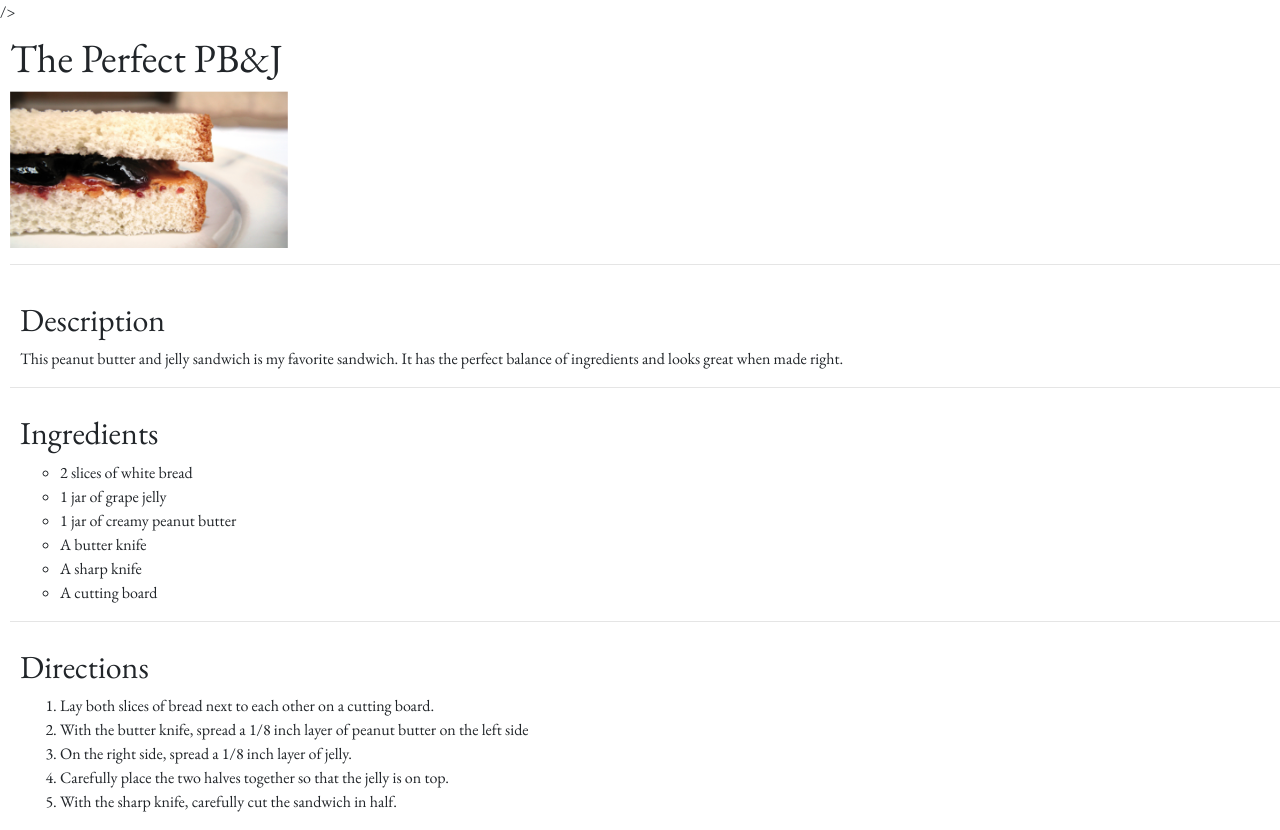
Repository: 9-5-pursuit/lab-intro-to-html
Page: recipe.html
The author's editor kept a copy of each file at every save. The page is drawn from the files as they stood at one save, then again after the next save.
The browser window is 1280 px wide. The pictures show the whole page.

Above is the page before, as saved 2023-02-28 09:20:21.

### recipe.html
<!DOCTYPE html>
<html lang="en">
  <head>
    <meta charset="UTF-8" />
    <meta http-equiv="X-UA-Compatible" content="IE=edge" />
    <meta name="viewport" content="width=device-width, initial-scale=1.0" />
    <link
      rel="stylesheet"
      href="https://maxcdn.bootstrapcdn.com/bootstrap/4.0.0/css/bootstrap.min.css"
    />
    <title>The Perfect Sandwich</title>
    <link rel="preconnect" href="https://fonts.googleapis.com" />
    <link rel="preconnect" href="https://fonts.gstatic.com" crossorigin />
    <link
      href="https://fonts.googleapis.com/css2?family=EB+Garamond:ital,wght@0,400;1,700&display=swap"
      rel="stylesheet"
    />
    />
    <style>
      div {
        padding-top: 10px;
        padding-left: 10px;
      }
      body {
        font-family: "EB Garamond", serif;
      }
    </style>
  </head>
  <body>
    <div id="header-inner" class="header-inner">
      <h1>The Perfect PB&J</h1>
      <img
        src="images/pbjSandwich.png"
        class="img-fluid"
        alt="a close-up image of a peanut butter and jelly sandwich"
      />
      <hr />
    </div>
    <div id="content" class="content">
      <div>
        <h2>Description</h2>
        <p>
          This peanut butter and jelly sandwich is my favorite sandwich. It has
          the perfect balance of ingredients and looks great when made right.
        </p>
      </div>
      <hr />
      <div>
        <h2>Ingredients</h2>
        <ul type="circle">
          <li>2 slices of white bread</li>
          <li>1 jar of grape jelly</li>
          <li>1 jar of creamy peanut butter</li>
          <li>A butter knife</li>
          <li>A sharp knife</li>
          <li>A cutting board</li>
        </ul>
      </div>
      <hr />
      <div>
        <h2>Directions</h2>
        <ol>
          <li>
            Lay both slices of bread next to each other on a cutting board.
          </li>
          <li>
            With the butter knife, spread a 1/8 inch layer of peanut butter on
            the left side
          </li>
          <li>On the right side, spread a 1/8 inch layer of jelly.</li>
          <li>
            Carefully place the two halves together so that the jelly is on top.
          </li>
          <li>With the sharp knife, carefully cut the sandwich in half.</li>
        </ol>
      </div>
    </div>
  </body>
</html>

After the next save:
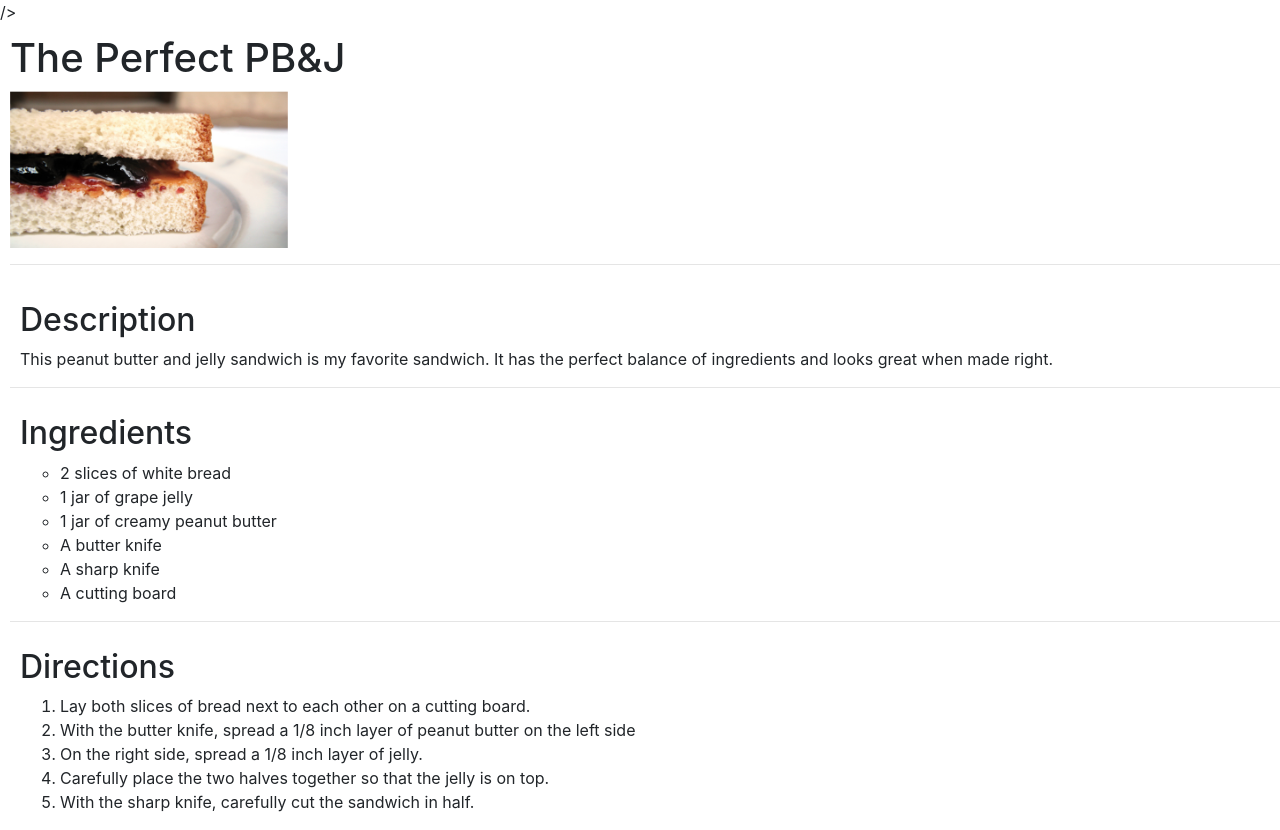
Saved 5 s later.
--- a/recipe.html
+++ b/recipe.html
@@ -20,7 +20,7 @@
       div {
         padding-top: 10px;
         padding-left: 10px;
-      }
+      };
       body {
         font-family: "EB Garamond", serif;
       }

After the 3 saves that followed:
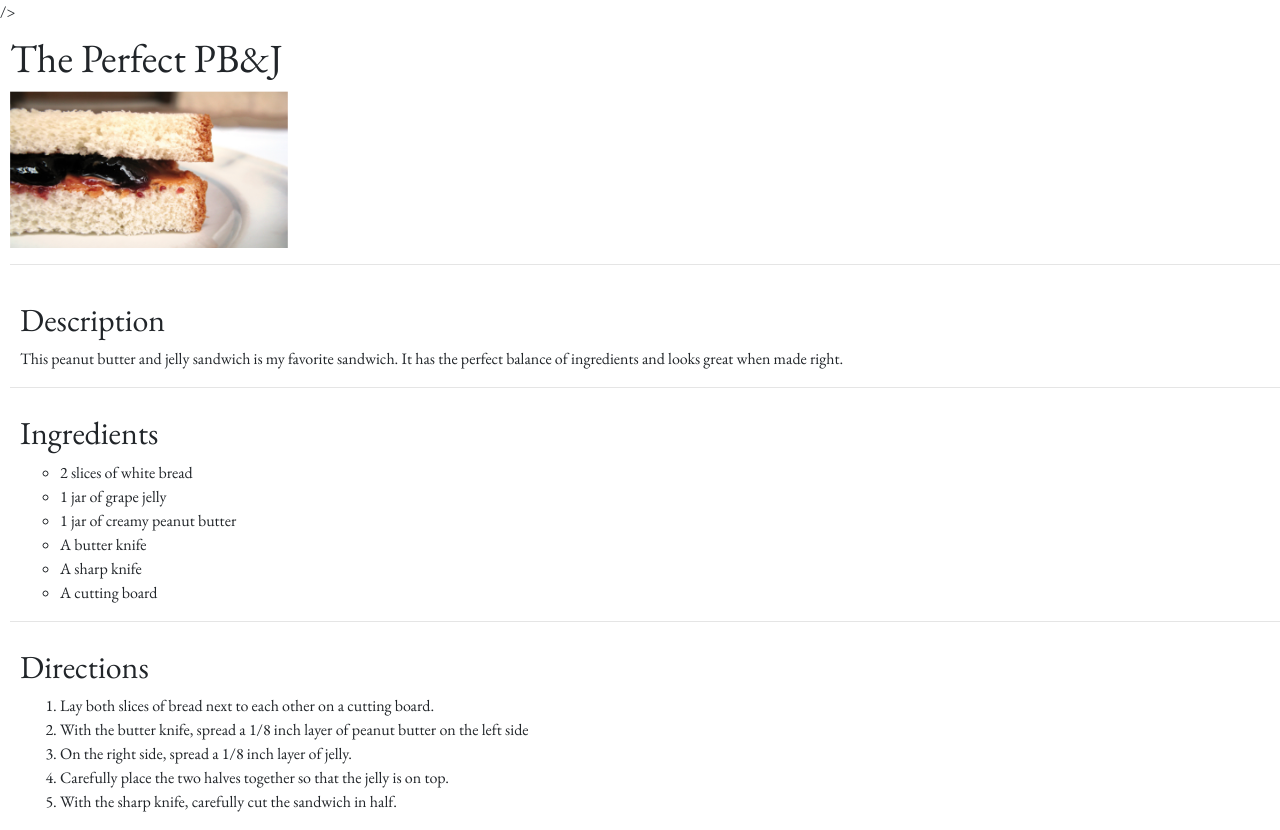
The 3 saves are shown as one change because they came seconds apart.
The last was saved 38 s later.
--- a/recipe.html
+++ b/recipe.html
@@ -20,7 +20,7 @@
       div {
         padding-top: 10px;
         padding-left: 10px;
-      };
+      }
       body {
         font-family: "EB Garamond", serif;
       }
